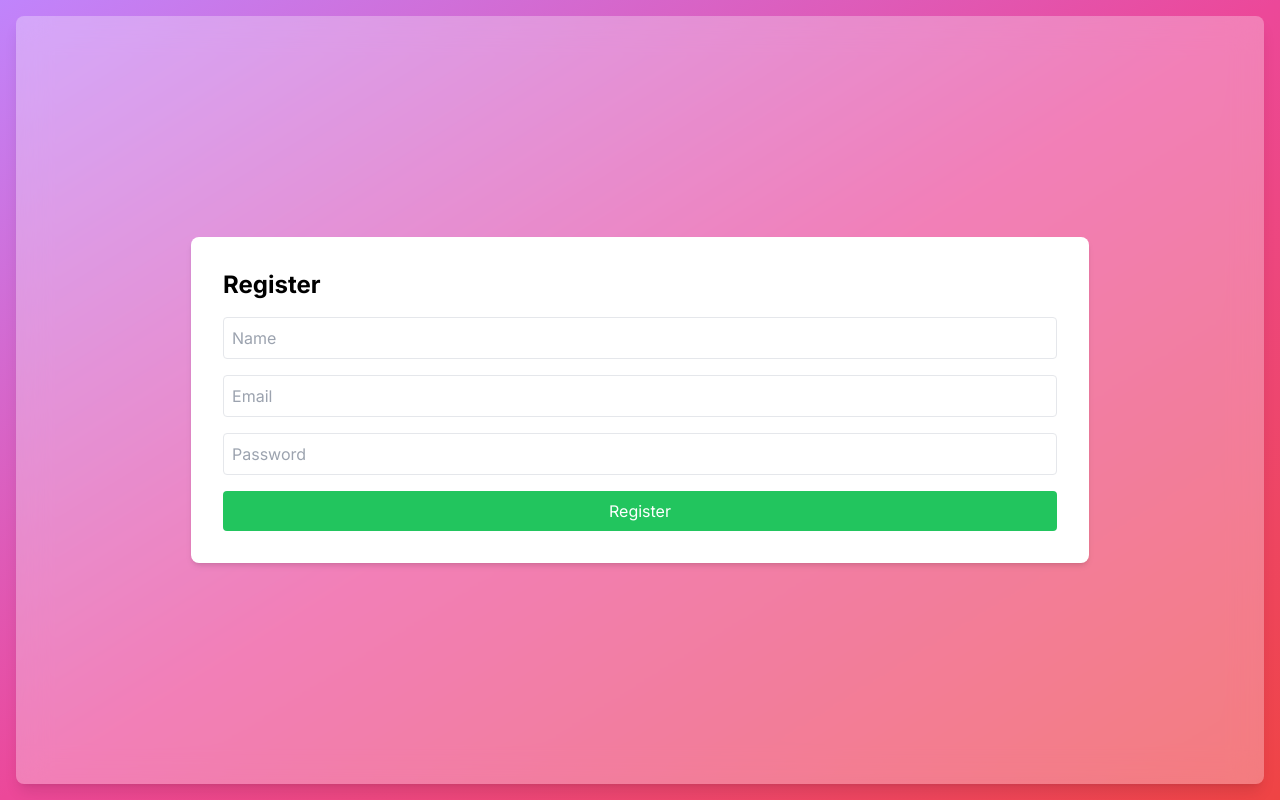
Repository: agurkmedia/overlord
Page: /register
An editor plug-in stored every save of this project. The page is shown before and after the next save, followed by the edit.
The browser window is 1280 px wide. The pictures show the whole page.
The page's requests for data from a server got no answer. The project was rebuilt for these pictures with package versions that can differ from the ones it lists, and the page was loaded fresh each time. The framework's server and built-in components were replaced by stand-ins that run in the browser. No one was signed in, and anything a server would have sent is missing. Also part of the build but not shown: next.config.mjs.

Above is the page before, as saved 2024-09-02 23:24:55.

After the next save:
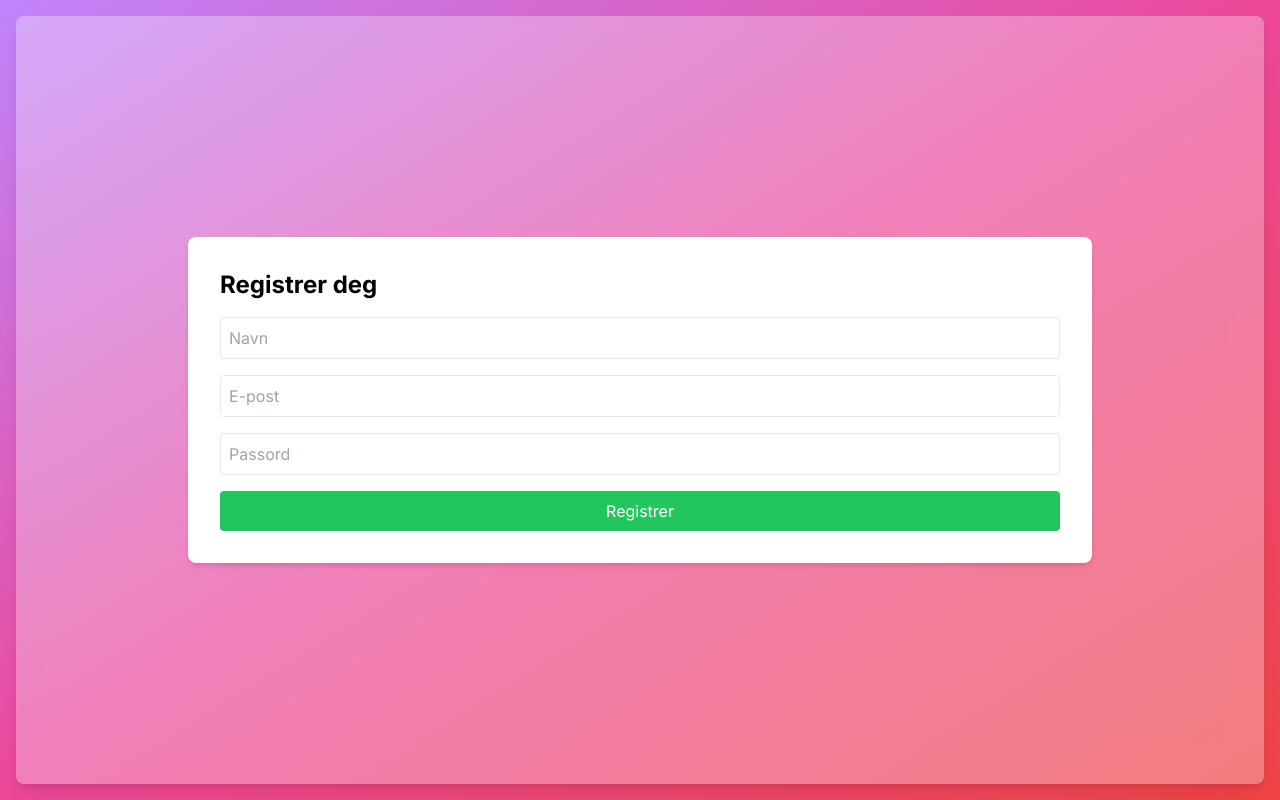
Saved 11 s later.
--- a/app/register/page.tsx
+++ b/app/register/page.tsx
@@ -19,37 +19,37 @@ export default function Register() {
     if (response.ok) {
       router.push('/login');
     } else {
-      console.error('Registration failed');
+      console.error('Registrering mislyktes');
     }
   };
 
   return (
     <div className="flex items-center justify-center min-h-screen">
       <form onSubmit={handleSubmit} className="bg-white p-8 rounded-lg shadow-md">
-        <h1 className="text-2xl font-bold mb-4">Register</h1>
+        <h1 className="text-2xl font-bold mb-4">Registrer deg</h1>
         <input
           type="text"
           value={name}
           onChange={(e) => setName(e.target.value)}
-          placeholder="Name"
+          placeholder="Navn"
           className="w-full p-2 mb-4 border rounded"
         />
         <input
           type="email"
           value={email}
           onChange={(e) => setEmail(e.target.value)}
-          placeholder="Email"
+          placeholder="E-post"
           className="w-full p-2 mb-4 border rounded"
         />
         <input
           type="password"
           value={password}
           onChange={(e) => setPassword(e.target.value)}
-          placeholder="Password"
+          placeholder="Passord"
           className="w-full p-2 mb-4 border rounded"
         />
         <button type="submit" className="w-full p-2 bg-green-500 text-white rounded">
-          Register
+          Registrer
         </button>
       </form>
     </div>
